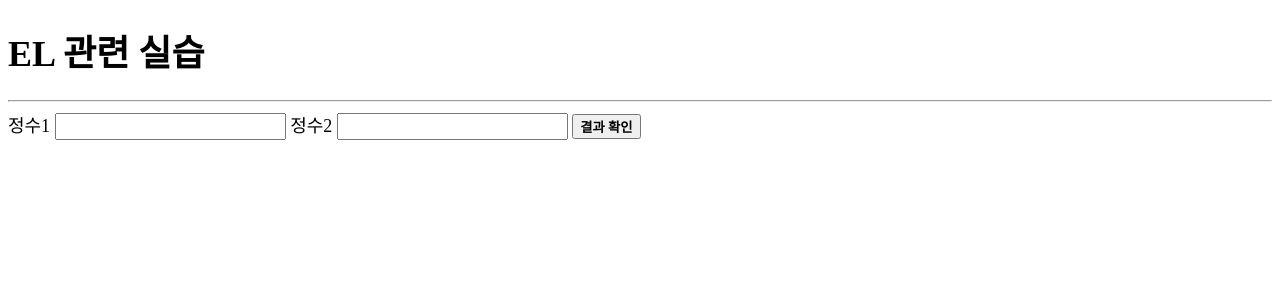
Repository: onpul/Web
Page: http://localhost/WebApp22/Test3.jsp
The author's editor kept a copy of each file at every save. The page is drawn from the files as they stood at one save, then again after the next save.
The browser window is 1280 px wide. The pictures show the whole page.
The page is served by Tomcat 9. Other server files are loaded and not shown.

Above is the page before, as saved 2022-04-29 00:20:25.

### WebApp22/WebContent/Test3.jsp
<%@ page contentType="text/html; charset=UTF-8"%>
<%@ taglib prefix="c" uri="http://java.sun.com/jsp/jstl/core"%>
<%
	request.setCharacterEncoding("UTF-8");
	String cp = request.getContextPath();
%>
<!DOCTYPE html>
<html>
<head>
<meta charset="UTF-8">
<title>Test3.jsp</title>
<link rel="stylesheet" type="text/css" href="css/main.css">
</head>
<body>

<div>
	<h1>EL 관련 실습</h1>
	<hr />
</div>

<div>
	<form action="" method="post">
		정수1 <input type="text" name="su1" class="txt"/>
		정수2 <input type="text" name="su2" class="txt"/>
		<button type="submit" class="btn">결과 확인</button>
	</form>
</div>



</body>
</html>

### WebApp22/WebContent/css/main.css
@charset "UTF-8";

*
{
	font-family: 맑은고딕;
	color: black;
}

body, p, div, span, input, table, th, td, select
{
	font-size: 18px;
}

.control
{
	border: 1px solid gray;
	border-radius: 3px;
}

.table
{
	border-collapse: collapse;
	width: 100%;
}

.table th, .table td
{
	border: 1px solid gray;
	border-left: 0px;
	border-right: 0px;
	padding: 3px;
	line-height: 150%;
}

.table th
{
	font-weight: bold;
	background-color: #eeeeee;
}

.btn
{
	font-weight: bold;
}

.btn:hover
{
	color: white;
	background-color: #787;
}

After the next save:
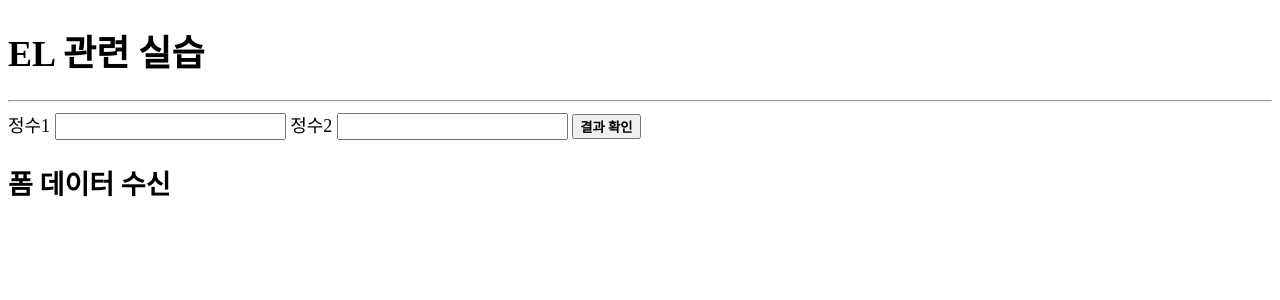
Saved 95 s later.
--- a/WebApp22/WebContent/Test3.jsp
+++ b/WebApp22/WebContent/Test3.jsp
@@ -26,7 +26,10 @@
 	</form>
 </div>
 
+<div>
+	<h2>폼 데이터 수신</h2>
 
+</div>
 
 </body>
 </html>
